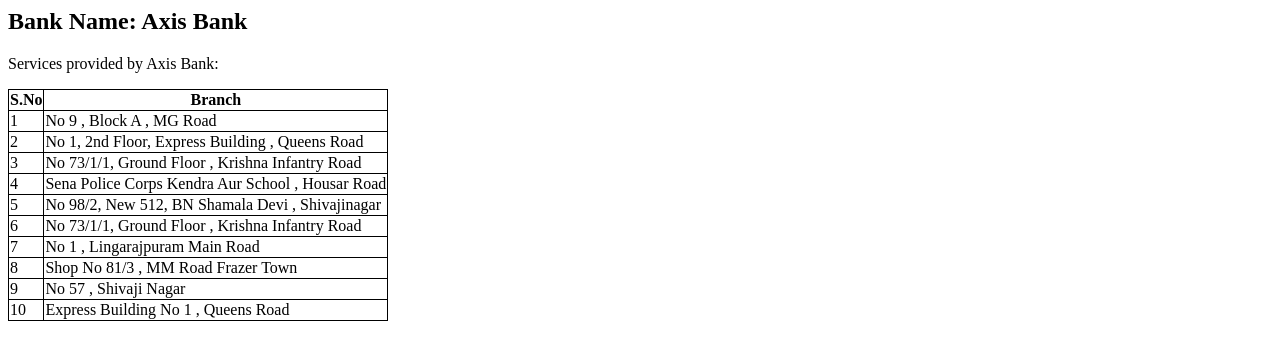
Repository: vibakar/spring-boot-topgear-assignments
Page: http://localhost/services
These files come from the project's save history. The page is drawn as it stood at one moment and after the next save; the edit follows.
The browser window is 1280 px wide. The pictures show the whole page.
The page is this project's Thymeleaf template; nobody is signed in. The template is opened directly, without the code that normally fills it, so the values that code supplies are empty.

Above is the page before, as saved 2020-06-12 05:58:53.

After the next save:
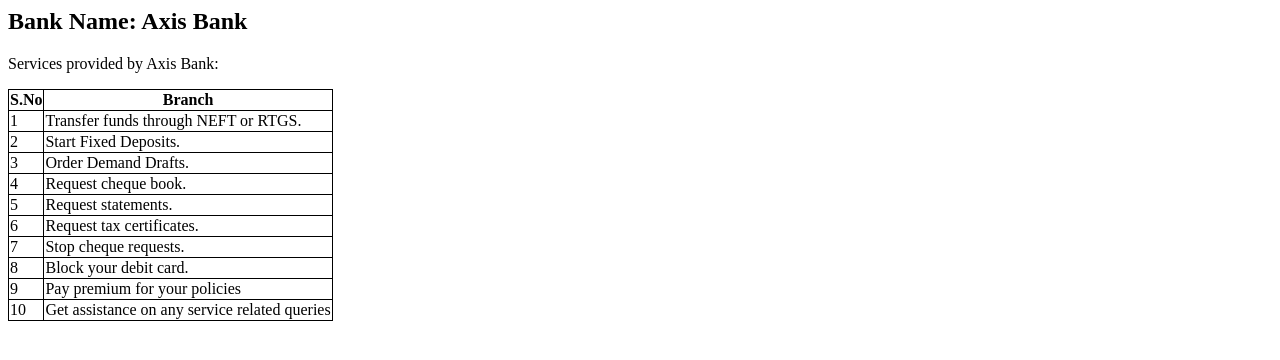
Saved 104 s later.
--- a/assignment2/src/main/resources/templates/services.html
+++ b/assignment2/src/main/resources/templates/services.html
@@ -20,43 +20,43 @@
 	</tr>
 	<tr>
 		<td>1</td>
-		<td>No 9 , Block A , MG Road</td>
+		<td>Transfer funds through NEFT or RTGS.</td>
 	</tr>
 	<tr>
 		<td>2</td>
-		<td>No 1, 2nd Floor, Express Building , Queens Road</td>
+		<td>Start Fixed Deposits.</td>
 	</tr>
 	<tr>
 		<td>3</td>
-		<td>No 73/1/1, Ground Floor , Krishna Infantry Road</td>
+		<td>Order Demand Drafts.</td>
 	</tr>
 	<tr>
 		<td>4</td>
-		<td>Sena Police Corps Kendra Aur School , Housar Road</td>
+		<td>Request cheque book.</td>
 	</tr>
 	<tr>
 		<td>5</td>
-		<td>No 98/2, New 512, BN Shamala Devi , Shivajinagar</td>
+		<td>Request statements.</td>
 	</tr>
 	<tr>
 		<td>6</td>
-		<td>No 73/1/1, Ground Floor , Krishna Infantry Road</td>
+		<td>Request tax certificates.</td>
 	</tr>
 	<tr>
 		<td>7</td>
-		<td>No 1 , Lingarajpuram Main Road</td>
+		<td>Stop cheque requests.</td>
 	</tr>
 	<tr>
 		<td>8</td>
-		<td>Shop No 81/3 , MM Road Frazer Town</td>
+		<td>Block your debit card.</td>
 	</tr>
 	<tr>
 		<td>9</td>
-		<td>No 57 , Shivaji Nagar</td>
+		<td>Pay premium for your policies</td>
 	</tr>
 	<tr>
 		<td>10</td>
-		<td>Express Building No 1 , Queens Road</td>
+		<td>Get assistance on any service related queries</td>
 	</tr>
 </table>
 </body>
